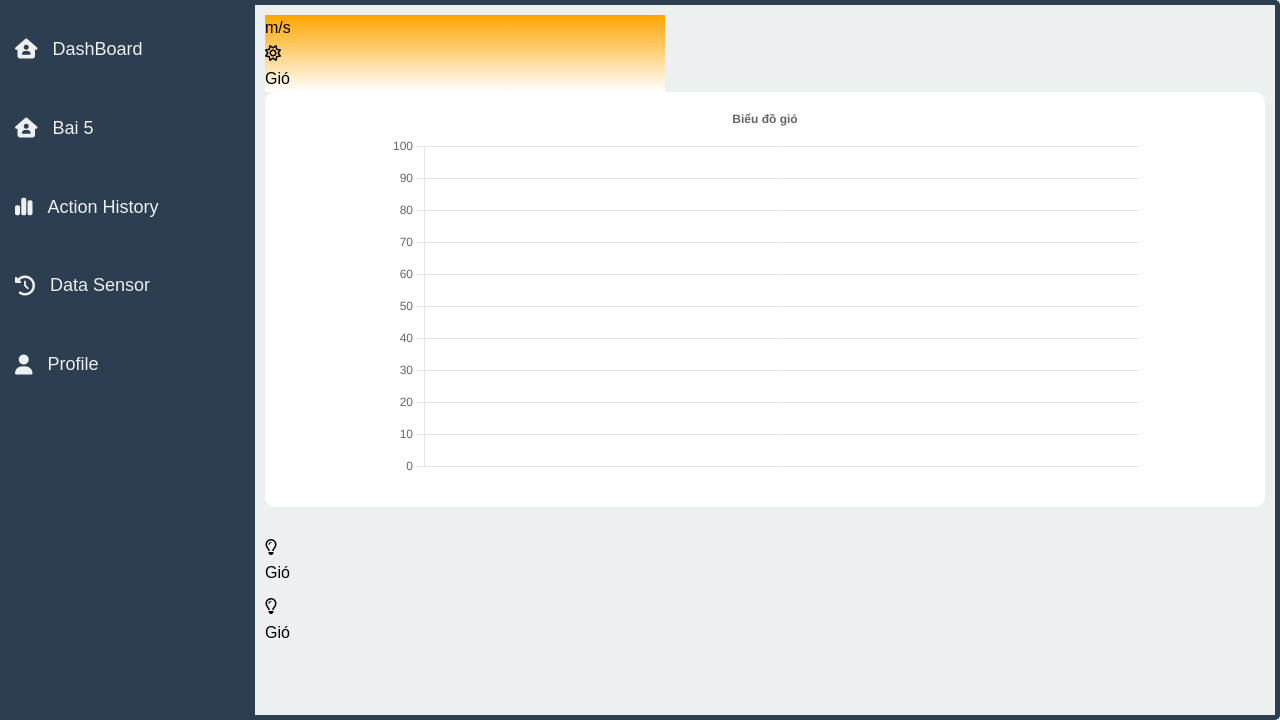
Repository: duongnoob23/duyyyy
Page: /bai5 (app in iot/)
These files come from the project's save history. The page is drawn as it stood at one moment and after the next save; the edit follows.
The browser window is 1280 px wide. The pictures show the whole page.
The page's requests for data from a server got no answer. Some web libraries are served in a nearby version. The project was rebuilt for these pictures with package versions that can differ from the ones it lists, and the page was loaded fresh each time. No one was signed in, and anything a server would have sent is missing. Also part of the build but not shown: iot/src/App.css, iot/src/Components/Doughnut/GaugeChart.js, iot/src/Components/LineChart/LineChartECharts.js, iot/src/Pages/Home/Home.js, iot/src/Pages/DataLogs/DataLogs.js, iot/src/Pages/Profile/Profile.css, iot/src/Pages/Profile/Profile.js, iot/src/Pages/Action/Action.js and 1 more.

Above is the page before, as saved 2024-12-02 21:06:32.

### iot/public/index.html
<!DOCTYPE html>
<html lang="en">
  <head>
    <meta charset="utf-8" />
    <link rel="icon" href="%PUBLIC_URL%/favicon.ico" />
    <meta name="viewport" content="width=device-width, initial-scale=1" />
    <meta name="theme-color" content="#000000" />
    <meta
      name="description"
      content="Web site created using create-react-app"
    />
    <link rel="apple-touch-icon" href="%PUBLIC_URL%/logo192.png" />
    <!--
      manifest.json provides metadata used when your web app is installed on a
      user's mobile device or desktop. See https://developers.google.com/web/fundamentals/web-app-manifest/
    -->
    <link rel="manifest" href="%PUBLIC_URL%/manifest.json" />
    <!--
      Notice the use of %PUBLIC_URL% in the tags above.
      It will be replaced with the URL of the `public` folder during the build.
      Only files inside the `public` folder can be referenced from the HTML.

      Unlike "/favicon.ico" or "favicon.ico", "%PUBLIC_URL%/favicon.ico" will
      work correctly both with client-side routing and a non-root public URL.
      Learn how to configure a non-root public URL by running `npm run build`.
    -->
    <link rel="stylesheet" href="https://cdnjs.cloudflare.com/ajax/libs/font-awesome/6.6.0/css/all.min.css" integrity="sha512-Kc323vGBEqzTmouAECnVceyQqyqdsSiqLQISBL29aUW4U/M7pSPA/gEUZQqv1cwx4OnYxTxve5UMg5GT6L4JJg==" crossorigin="anonymous" referrerpolicy="no-referrer" />
    <title>React App</title>
    <script src="https://code.highcharts.com/highcharts.js"></script>
  </head>
  <body>
    <noscript>You need to enable JavaScript to run this app.</noscript>
    <div id="root"></div>
    <!--
      This HTML file is a template.
      If you open it directly in the browser, you will see an empty page.

      You can add webfonts, meta tags, or analytics to this file.
      The build step will place the bundled scripts into the <body> tag.

      To begin the development, run `npm start` or `yarn start`.
      To create a production bundle, use `npm run build` or `yarn build`.
    -->
  </body>
</html>

### iot/src/index.js
import React from 'react';
import { DatePicker } from 'antd';
import ReactDOM from 'react-dom/client';
import './index.css';
import App from './App';
import reportWebVitals from './reportWebVitals';
import { BrowserRouter } from 'react-router-dom';


const root = ReactDOM.createRoot(document.getElementById('root'));
root.render(
  // <React.StrictMode>
  <BrowserRouter>
    <App />
  </BrowserRouter>

  // </React.StrictMode>
);


reportWebVitals();

### iot/src/index.css
body {
  margin: 0;
  font-family: -apple-system, BlinkMacSystemFont, 'Segoe UI', 'Roboto', 'Oxygen',
    'Ubuntu', 'Cantarell', 'Fira Sans', 'Droid Sans', 'Helvetica Neue',
    sans-serif;
  -webkit-font-smoothing: antialiased;
  -moz-osx-font-smoothing: grayscale;
}

code {
  font-family: source-code-pro, Menlo, Monaco, Consolas, 'Courier New',
    monospace;
}

*{
  box-sizing: border-box;
  font-family: Arial, Helvetica, sans-serif;
}

html{
  font-size: 62.5%;
}

ul,li{
  list-style-type: none;
  margin: 0;
  padding:0;
}
a{
  text-decoration: none;
}

body{
  margin: 0;
  padding: 0;

}

### iot/src/App.js
// import logo from './logo.svg';
import './App.css';
import Layout from './Components/Layout/Layout';
import { Routes,Route} from 'react-router-dom';
import Home from './Pages/Home/Home';
import DataLogs from './Pages/DataLogs/DataLogs';
import Profile from './Pages/Profile/Profile';
import Action from './Pages/Action/Action';
import Bai5 from './Pages/Bai5/Bai5';
function App() {
  return (
    <>

      <Routes>
          <Route path="/" element = {<Layout/>}>
            <Route path='home' element={<Home/>}/>
            <Route path='bai5' element={<Bai5 />}/>
            <Route path='datalogs' element={<DataLogs/>}/>
            <Route path='profile' element={<Profile/>}/>
            <Route path='action' element={<Action/>}/>
          </Route>
      </Routes>
    </>
  );
}

export default App;

### iot/src/Components/Layout/Layout.js
import './Layout.css'
import { Link, Outlet, } from "react-router-dom";
// import { useState } from "react";

function Layout(){

    return (
        <>

        <div className="dashBoard">
        <div className="sideBar">
            <ul className="sideBar-list">
                <li className="sideBar-item">
                    {/* <a  href="#" className="sideBar-icon">
                        <i className="fa-solid fa-house-user">
                        </i>
                        <span className='sideBar-text'>DashBoard</span>
                    </a> */}
                    <Link className='sideBar-icon' to={"/home"}>
                        <i className="fa-solid fa-house-user">
                        </i>
                        <span className='sideBar-text'>DashBoard</span>
                    </Link>
                </li>
                <li className="sideBar-item">
                    <Link className='sideBar-icon' to={"/bai5"}>
                        <i className="fa-solid fa-house-user">
                        </i>
                        <span className='sideBar-text'>Bai 5</span>
                    </Link>
                </li>
                <li className="sideBar-item">
                <Link  className="sideBar-icon" to={"/action"}>
                    <i className="fa-solid fa-chart-simple"></i>
                        <span className='sideBar-text'>Action History</span>
                    </Link>
                </li>
                <li className="sideBar-item">
                    <Link className="sideBar-icon" to={"/datalogs"} >
                    <i className="fa-solid fa-clock-rotate-left"></i>
                        <span className='sideBar-text'> Data Sensor</span>
                    </Link>
                </li>
                <li className="sideBar-item">

                    <Link className="sideBar-icon" to={"/profile"}>
                        <i className="fa-solid fa-user"></i>
                        <span className='sideBar-text'>Profile</span>
                    </Link>
                </li>
            </ul>
        </div>
        <div className="sideMain">
            <Outlet/>
        </div>
    </div>
        </>
    )
}

export default Layout;

### iot/src/Components/Layout/Layout.css


/* Reset default padding and margins */
* {
    margin: 0;
    padding: 0;
    box-sizing: border-box;
}

/* DashBoard container */
.dashBoard {
    display: flex;
    height : 100vh;
    font-family: 'Roboto', sans-serif;
}

/* SideBar styling */
.sideBar {
    width: 250px;
    background-color: #2c3e50;
    padding: 20px 0;
    position: fixed;
    height: 100%;
    transition: all 0.3s ease;
}

.sideBar-list {
    list-style: none;
    padding-left: 0;
}

.sideBar-item {
    margin-bottom: 20px;
}

.sideBar-icon {
    display: flex;
    align-items: center;
    padding: 15px;
    color: #ecf0f1;
    text-decoration: none;
    transition: background 0.3s ease, color 0.3s ease;
}

.sideBar-icon i {
    margin-right: 15px;
    font-size: 20px;
}

/* Hover effect for sidebar items */
.sideBar-icon:hover {
    background-color: #34495e;
    color: #1abc9c;
    cursor: pointer;
    padding-left: 25px; /* Add a slide effect */
    transition: all 0.3s ease;
}

.sideBar-text {
    font-size: 18px;
}

/* Active link effect */
.sideBar-icon.active {
    background-color: #1abc9c;
    color: #fff;
    border-radius: 8px;
    transition: all 0.3s ease;
}

/* SideMain styling */
.sideMain {
    margin-left: 250px;
    background-color: #ecf0f1;
    flex-grow: 1;
}

/* Responsive Design */
@media screen and (max-width: 768px) {
    .sideBar {
        width: 200px;
    }

    .sideBar-icon {
        padding: 10px;
    }

    .sideMain {
        margin-left: 200px;
        padding: 20px;
    }
}

@media screen and (max-width: 576px) {
    .sideBar {
        width: 60px;
    }

    .sideBar-icon i {
        margin-right: 0;
        text-align: center;
        flex: 1;
    }

    .sideBar-text {
        display: none;
    }

    .sideMain {
        margin-left: 60px;
        padding: 10px;
    }
}

### iot/src/Pages/Home/Home.css
/* General Styling */
.main {
    display: flex;
    flex-direction: column;
    height : 100%; /* Chiếm toàn bộ chiều cao của màn hình */

    box-sizing: border-box; /* Đảm bảo padding không làm thay đổi kích thước */
}

.section {
  width: 100%;
  height : 100%;
}



.section-one{
    width: 100vh;
    height : 100%;
    display: flex;
    flex-direction: row;

}

.left{
  width: 75%;
}

.right{
  width: 25%;
}

.sensor{
    height: 30%;
}


.sensor-list {
    height: 100%;
    display: flex;
    list-style-type: none;
    padding: 0;
    margin: 0;
    justify-content: space-between; /* Rải đều các phần tử trong container */
    width: 100%; /* Chiếm toàn bộ chiều rộng của màn hình */
}

.sensor-item {
    flex: 1; /* Các phần tử sẽ tự động chiếm đều không gian */
    /* padding: 5px; */
    background-color: #ffffff;
    border-radius: 12px;
    box-shadow: 0 4px 12px rgba(0, 0, 0, 0.1);
    display: flex;
    flex-direction: column;
    align-items: center;
    text-align: center;
    margin: 10px;
    min-width: 50px; /* Đảm bảo các phần tử không quá nhỏ */
}
  .sensor-item .sensor-digit {
    font-size: 1.2em;
    font-weight: bold;
    margin-bottom: 5px;
    color: #333;
  }

  .sensor-item:nth-child(2){
    /* margin:10px 20px; */
  }

  .sensor-bar {
    width: 100%;
    height: 100px;
    background-color: #e0e0e0;
    border-radius: 8px;
    position: relative;
    overflow: hidden;
    margin: 10px 0;
  }

  .sensor-fill {
    position: absolute;
    bottom: 0;
    width: 100%;
    border-radius: 8px;
  }

  .sensor-item.light .sensor-fill {
    background-color: #ffb74d; /* Soft orange for light */
  }

  .sensor-item.temperature .sensor-fill {
    background-color: #ef5350; /* Soft red for temperature */
  }

  .sensor-item.humidity .sensor-fill {
    background-color: #42a5f5; /* Soft blue for humidity */
  }

  .label {
    font-size: 0.9em;
    font-weight: 600;
    color: #777;
  }
  /* Chart Section */
  .chart {
    height: 70%;
    width: 100%;
    /* margin-top: 20px; */
    /* margin: 15px; */
    padding: 0;
  }
.styleChart{
  aspect-ratio: 7/3;
}
  /* Electric Section */
  .electric {
    width: 100%;
    margin-top: 5px;
  }

  .electric-list {
    list-style: none;
    padding: 0;
    margin: 0;
    display: flex;
    flex-direction: column;
    justify-content: space-around;
    gap: 15px;
  }

  .electric-item {
    /* flex: 1; */
    text-align: center;
    padding: 20px;
    background-color: #f9f9f9;
    border-radius: 10px;
    box-shadow: 0px 4px 10px rgba(0, 0, 0, 0.1);
    transition: transform 0.3s ease, box-shadow 0.3s ease;
    width: 300px;
  }




  .electric-box {
    position: relative;
    margin-bottom: 10px;
  }

  .electric-input {
    display: none;
  }

  .electric-label {
    display: block;
    width: 60px;
    height: 30px;
    background-color: #ddd;
    border-radius: 15px;
    position: relative;
    cursor: pointer;
    transition: background-color 0.3s;
  }



  .electric-input:checked + .electric-label {
    background-color: #4caf50;
  }

  .electric-input:checked + .electric-label:before {
    left: 31px;
  }

  .on-off {
    font-weight: bold;
    margin-top: 8px;
    font-size: 16px;
  }

  .electric-item i {
    font-size: 36px;
    color: #4caf50;
  }

  .electric-item .light-icon,
  .electric-item .temp-icon,
  .electric-item .air-icon {
    color: #aaa;
  }

/* css button  */

### iot/src/Components/Helper/URL.js
export const URL = "http://localhost:3001";

### iot/src/Pages/DataLogs/DataLogs.css
*{
    box-sizing: border-box;
}
.table {
    width: 90%;
    border-collapse: collapse;
    margin: 10px;
    border-radius:10px;
    overflow: hidden;
}

.data{
    border:5px solid #2c3e50;
    border-radius: 0 5px 5px 0;
    height: 100%;
}

.table__body{
    border-radius: 10px;
    border: 2px solid #2c3e50;
}

.table__head{
    border: 2px solid #2c3e50;
}
th, td {
    padding: 10px;
    text-align: center;
    border-bottom: 1px solid #ddd;
}
th {
    background-color: #2c3e50;
    color: white;
}

.table-row__body{
    transition: all 0.1s linear;

}
.table-row__body:nth-child(even){
    background-color: #eee;

}
.table-row__body:hover{
    background-color: #2c3e50;
    color: #F4C427;

}

.table-row__body:active{
    background-color: #2c3e50;
    color: #F4C427;
}
.data__title{
    margin-left: 10px;
    font-size: 20px;
    font-weight: bold;
}

.data__sort{
    margin-left: 10px;
    font-size: 15px;
    font-weight: bold;
    margin-bottom: 10px;

}

.data__in{
    border-radius: 10px;
    border: 2px solid #7A40F2;
    margin: 10px;
}

### iot/src/Pages/Action/Action.css
* {
    box-sizing: border-box;
    font-family: 'Arial', sans-serif; /* Change this to your preferred font */
    font-size: 16px; /* Default font size */
    line-height: 1.6; /* Controls line spacing */
}


.action {
    border: 5px solid #2c3e50;
    border-radius: 0 5px 5px 0;
    height: 100vh; /* Full viewport height */
    display: flex;
    flex-direction: column;
    justify-content: space-between; /* Distribute space evenly */
}

.action-title {
    margin-left: 10px;
    font-size: 24px;
    font-weight: bold;
    margin-bottom: 20px;
}

.option {
    display: flex;
    align-items: center;
    margin-bottom: 20px;
}

.search {
    margin-left: 20px;
    display: flex;
    align-items: center;
}

.search__input {
    padding: 8px 15px;
    border-radius: 8px;
    outline: none;
    border: 1px solid #2c3e50;
    margin-right: 5px;
    font-size: 16px;
}

.search__icon {
    cursor: pointer;
    font-size: 20px;
    color: #2c3e50;
}

.select, .select2 {
    margin-left: auto;
    padding: 0 10px;
}

.select__list {
    padding: 8px 12px;
    border-radius: 8px;
    border: 1px solid #2c3e50;
    outline: none;
    font-size: 16px;
}

/* Table container to control overflow */
.table__container {
    flex-grow: 1;
    overflow-y: auto;
    border-radius: 10px;
    margin: 0 20px;
    padding-bottom: 20px;
}

.table {
    width: 100%;
    border-collapse: collapse;
}

.table__head {
    background-color: #2c3e50;
    color: white;
    border-radius: 10px 10px 0 0;
}

.table-row__head th, .table-row__body td {
    padding: 10px;
    text-align: center;
}

.table-row__body:nth-child(even) {
    background-color: #f7f7f7;
}

.table-row__body:hover {
    background-color: #2c3e50;
    color: #F4C427;
}

/* Maintain height to ensure 10 rows fill the page */
.table-row__body {
    height: 40px; /* Adjust this based on design preferences */
    transition: background-color 0.3s;
}

.table__body {
    border-radius: 0 0 10px 10px;
}

.pagination {
    margin-right: 20px;
    padding: 10px 0;
    text-align: right;
}

.pagi__list {
    display: flex;
    justify-content: flex-end;
    align-items: center;
    font-size: 16px;
}

.pagi__item {
    margin: 0 5px;
    cursor: pointer;
    padding: 5px 10px;
    border: 1px solid #3498db;
    border-radius: 5px;
    transition: background-color 0.3s;
}

.pagi__next, .pagi__pre {
    color: #3498db;
}

.pagi__cur {
    font-weight: bold;
    color: #fff;
    background-color: #15181b;
    border-radius: 5px;
    padding: 5px 10px;
}

/* Ensure last row visibility */
.table__container::-webkit-scrollbar {
    width: 6px;
}

.table__container::-webkit-scrollbar-thumb {
    background-color: #121518;
    border-radius: 10px;
}

### iot/src/Pages/Bai5/Bai5.css
.main{
    width: 100%;
    padding:10px;
    height: 100%;
    border:5px solid #2c3e50;
    border-radius: 0 5px 5px 0;
}


.section{
}

.section .section-two{
    width: 100%;
    display: flex;
    flex-direction: column;
}



.electric{
    background-color: white;
    /* padding:10px; */
    border-radius: 15px;
    /* margin-bottom: 15px; */
}

.electric-list{
    display: flex;
    justify-content: center;
    align-items: center;
    margin-left: -20px;
    height: 100%;
}

.electric-item{
    width: 80%;
    height: calc(100% / 3 - 10px);
    margin-left: 20px;
    /* background-color: white; */
    border-radius: 10px;
    padding: 10px;
    box-shadow: rgba(0, 0, 0, 0.35) 0px 5px 15px;
    color:#2c3e50;
    display: flex;
    flex-direction: column;
    justify-content: space-between;
    font-size: 15px;
    transition: all 0.25s linear;
    position: relative;
    /* cursor: pointer; */
}

/* .electric-item:hover{
    background-color: #2c3e50;
    color: white;
    box-shadow: #2c3e50 3px 3px 9px 0px;
} */

.electric-item i{
    font-size: 40px;
}

.electric-item .on-off{
    font-size: 20px;
    color: black;
    margin-top: 0;
}

.electric-item:hover .on-off{
    /* color:white; */
}

.electric-input{
    display: none;
}

.electric-input:checked + .electric-label{
    background-color: #2c3e50;
    box-shadow: white 0px 5px 15px;
}

.electric-input:checked + .electric-label:after{
    background-color: white;
    transform: translateX(17px);
}
.electric-input:checked .temperature{
    color: #2c3e50;
}


.electric-label{
    position: absolute;
    top:20px;
    right: 20px;
    width: 36px;
    height: 20px;
    border-radius: 20px;
    background-color: #F5F5F5;
    transition: all 0.25s linear;
    cursor: pointer;
}

.electric-label:after{
    cursor: pointer;
    content: "";
    position:  absolute;
    top:1px;
    left: 1px;
    width: 18px;
    height: 18px;
    border-radius: 50%;
    background-color: white;
    transition: all 0.25s linear;
    box-shadow: rgba(0, 0, 0, 0.35) 0px 5px 15px;
}

.electric-item .electric-light{
    display: inline-block;
    font-size: 40px;
    color: black;
    transition: all 0.4s linear;
    display: flex;
    justify-content: center;
    align-items: center;
}
.electric-item .electric-light.show{
    color: yellow;
    /* box-shadow: 0 0 3px 3px yellow; */
    filter: drop-shadow(0 0 10px rgba(255, 255, 0, 0.8)) drop-shadow(0 0 20px rgba(255, 255, 0, 0.642));
}

.electric-item .electric-air{
    display: flex;
    justify-content: center;
    align-items: center;
    color:black;
}

.electric-item .electric-air.show{
    content: "";
    animation:spin 2s linear infinite;
    color:#3acbe9;
    transition: all 0.4s linear;
}

.electric-item .electric-temperature{
    display: flex;
    justify-content: center;
    align-items: center;
    color:black;
}

.electric-item .electric-temperature.show{
    /* color: linear-gradient(to top,red ,yellow ); */
    background-image: linear-gradient(to top,red,yellow);
    color:transparent;
    background-clip: text;
    transition: all 0.4s linear;
}

@keyframes spin {
    to{
        transform: rotate(720deg);
    }
  }

.meter{
    background-color: white;
    padding:10px;
    border-radius: 15px;
    margin-bottom: 5px;
}

.meter-list{
    display: flex;
    justify-content: center;
    align-items: center;
    margin-left: -20px;
}

.meter-item{
    width: calc(100% / 3 - 20px);
    height: 120px;
    margin-left: 20px;
    /* background-color: white; */
    border-radius: 10px;
    padding: 10px;
    box-shadow: rgba(0, 0, 0, 0.35) 0px 5px 15px;
    color:black;
    display: flex;
    flex-direction: column;
    justify-content: space-between;
    font-size: 18px;
    transition: all 0.25s linear;
    position: relative;
}
.meter-item:first-child{
    /* background-image: linear-gradient(to bottom,#F4C427,white); */
    background-color: #f4c427;
    }



.meter-item:last-child{
    /* background-image: linear-gradient(to bottom,#3ACBE9,white); */
    background-color: #3acbe9;
}

.meter-item:nth-child(2){
    /* background-image: linear-gradient(to bottom,#FF9060,white); */
    background-color: #FF9060;
}

.meter-digit
{
    text-align: start;
    font-size: 24px;
    font-weight: white;
}

.chart{
    width: 100%;
    height: 45%;
    border-radius: 10px;
    background-color: white;
    padding:10px;
    margin-bottom: 20px;
}



.blink {
    background-color: yellow;
    animation: blink 1s infinite;
  }

  @keyframes blink {
    0%, 100% {
      background-color: yellow;
    }
    50% {
      background-color: transparent;
    }
  }


.bai5{
    width: 400px;
    height: 30%;
}

.control{
    width: 100%;
    height: 25%;
}

### iot/src/Components/LineChart/LineChartFix.js
import React, { useEffect,useState } from 'react';
import { Line } from 'react-chartjs-2';
import { Chart as ChartJS, CategoryScale, LinearScale, PointElement, LineElement, Title, Tooltip, Legend } from 'chart.js';
import {URL} from '../Helper/URL';
ChartJS.register(CategoryScale, LinearScale, PointElement, LineElement, Title, Tooltip, Legend);



const LineChartFix = ({onDataUpdate}) => {


  const [dataChart,setDataChart] = useState({
    labels:[],
    datasets:[],
  })
  // console.log(onDataUpdate);
  const fetchApi = () => {
    fetch(URL + `/windspeed`)
      .then(res => res.json())
      .then(data => {
        if (data) {
          console.log(data);

          // Adding index (increasing order) to the data
          let indexedData = data.results.map((item, index) => ({
            ...item,
            index: index + 1 // Adding index starting from 1
          }));

          // Extract time, temperature, humidity, and light values
          let time = indexedData.map(item => item.time);
          let temperature = indexedData.map(item => item.temperature);
          let humidity = indexedData.map(item => item.humidity);
          let light = indexedData.map(item => item.light / 10);
          let windspeed = indexedData.map(item => item.light/10 + 13);
          setDataChart({
            labels: time,
            datasets: [
              {
                label: 'Tốc độ gió ',
                data: windspeed,
                borderColor: 'rgba(255, 206, 86, 1)',
                backgroundColor: 'rgba(255, 206, 86, 0.2)',
                tension: 0.4,
              },
            ],
          });

          const option = {
            windspeed: windspeed[windspeed.length - 1 ],
          };

          onDataUpdate(option);
        }
      });
  };

  useEffect(() => {
    fetchApi(); // Lần gọi đầu tiên ngay khi component mount

    // const interval = setInterval(() => {
    //   fetchApi(); // Gọi API mỗi 5 giây (5000ms)
    // }, 5000);

    // return () => clearInterval(interval); // Dọn dẹp interval khi component unmount
  }, []);


  const options = {
    responsive: true,
    plugins: {
      legend: {
        position: 'top',
      },
      title: {
        display: true,
        text: 'Biểu đồ gió',
      },
    },
    scales: {
      y: {
        beginAtZero: true,
        max: 100, // Đặt giá trị tối đa cho trục y
      },
    },
  };


  return (
    <div style={{ maxWidth: '750px', margin: '0 auto' }}>
      <Line data={dataChart} options={options}  />
    </div>
  );
};

// onDataUpdate={handleDataUpdate}
export default LineChartFix;

Loaded but not shown: iot/src/reportWebVitals.js (common file); iot/src/Pages/Bai5/Bai5.js (121 lines, source omitted)

After the next save:
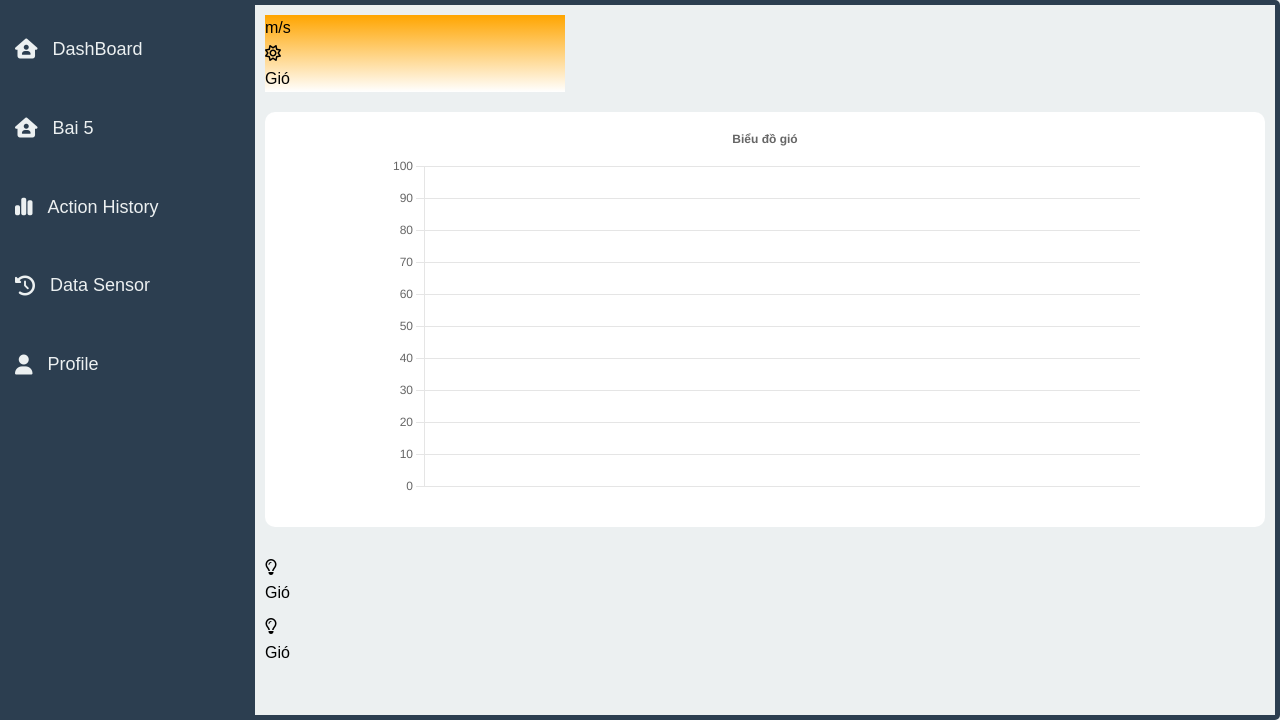
Saved 12 s later.
--- a/iot/src/Pages/Bai5/Bai5.css
+++ b/iot/src/Pages/Bai5/Bai5.css
@@ -246,8 +246,9 @@
 
 
 .bai5{
-    width: 400px;
+    width: 300px;
     height: 30%;
+    margin-bottom: 20px;
 }
 
 .control{
